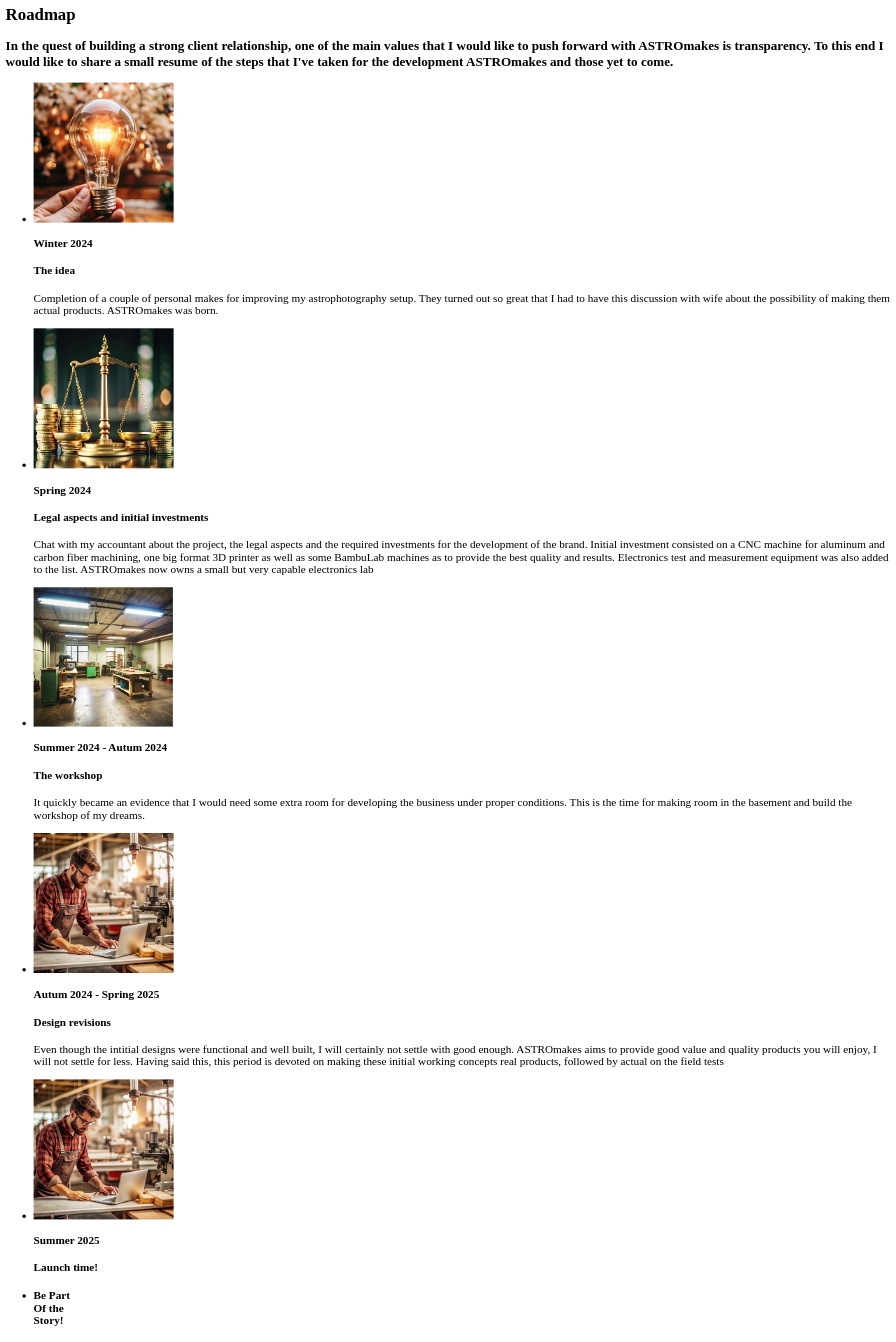
Repository: amazeika/astromakes-landing-page
Page: _includes/roadmap.html
These files come from the project's save history. The page is drawn as it stood at one moment and after the next save; the edit follows.
The browser window is 1280 px wide. The pictures show the whole page, at 70% of full size.

Above is the page before, as saved 2024-07-20 22:33:10.

After the next save:
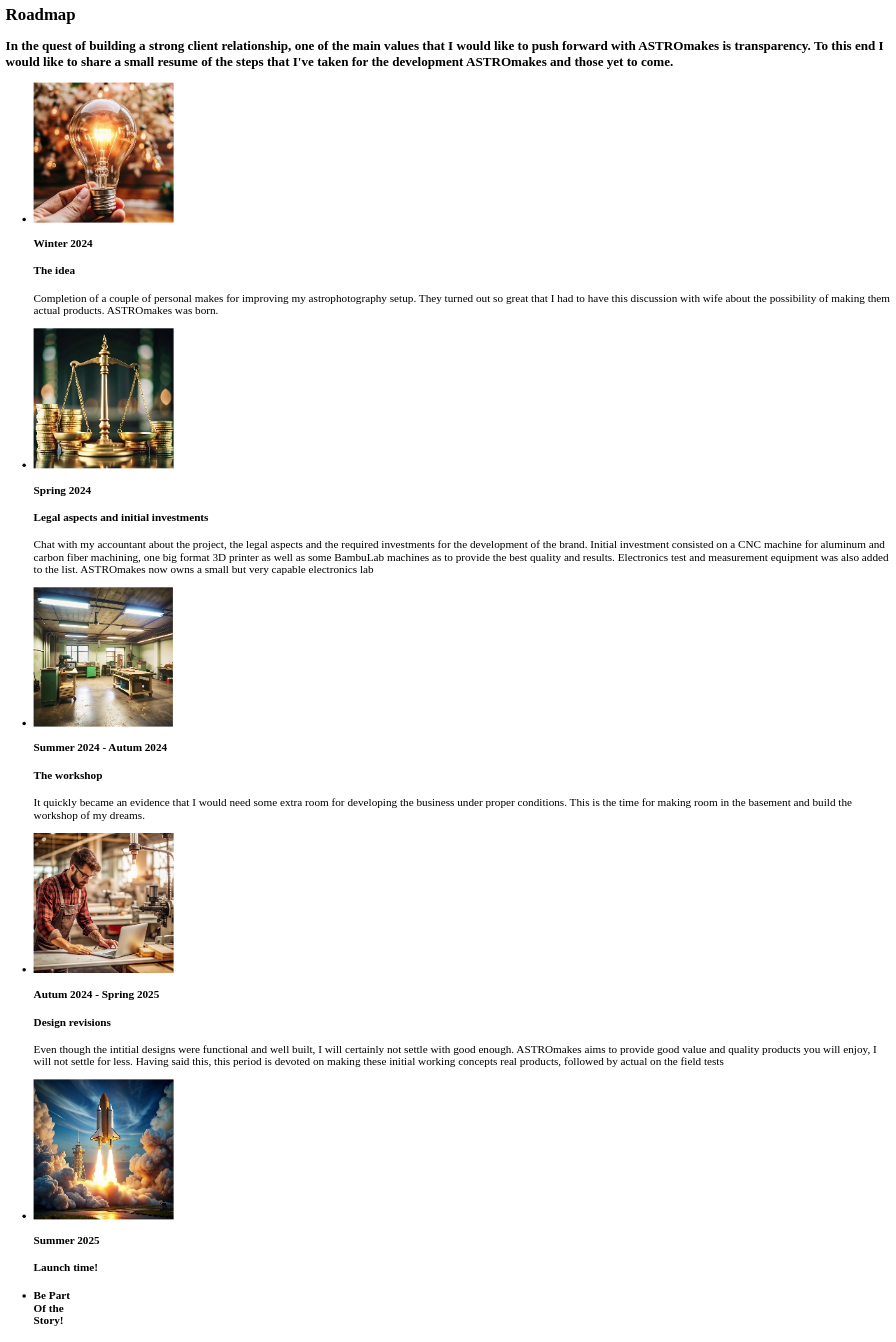
Saved 4 min 39 s later.
--- a/_includes/roadmap.html
+++ b/_includes/roadmap.html
@@ -68,7 +68,7 @@
                         </li>
                         <li>
                             <div class="timeline-image">
-                                <img class="img-circle img-responsive" src="img/about/4.jpg" alt="">
+                                <img class="img-circle img-responsive" src="img/about/5.jpg" alt="">
                             </div>
                             <div class="timeline-panel">
                                 <div class="timeline-heading">
